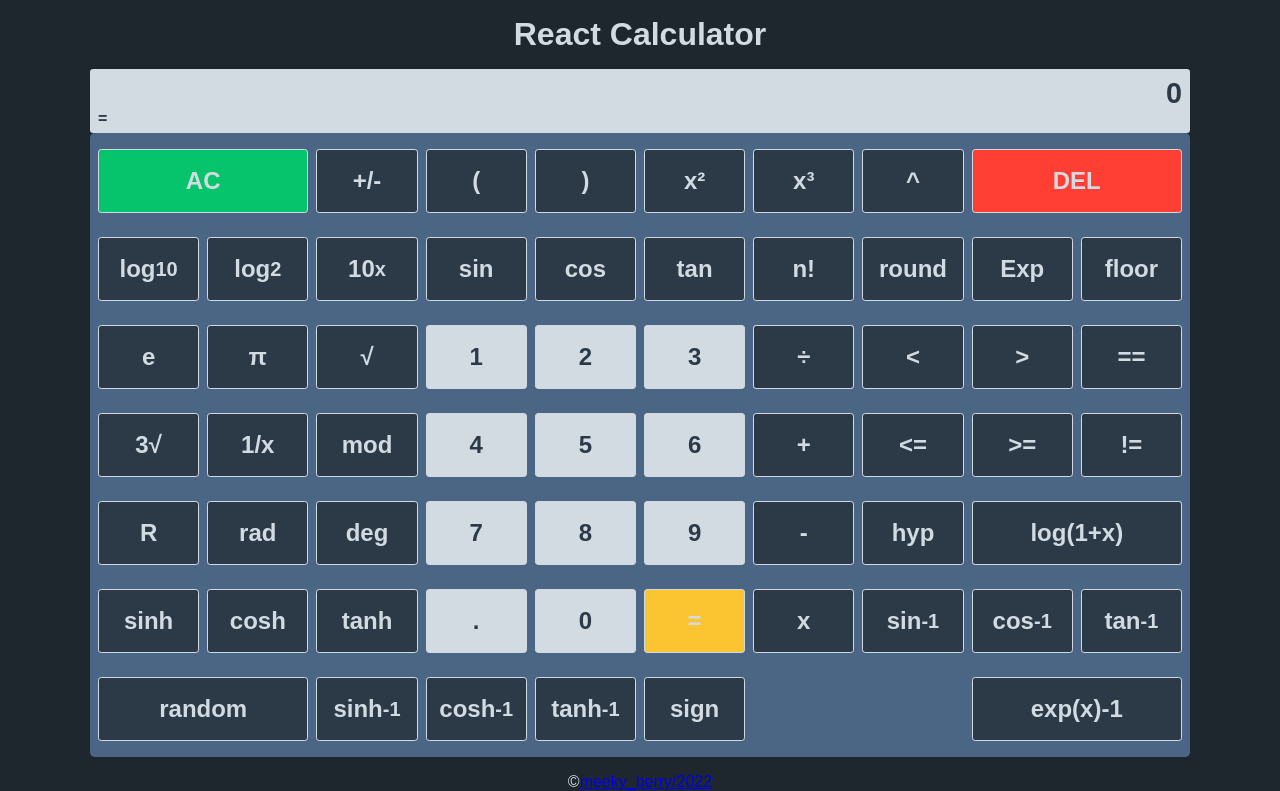
Repository: MikkyPrestige/calculator
Page: /
An editor plug-in stored every save of this project. The page is shown before and after the next save, followed by the edit.
The browser window is 1280 px wide. The pictures show the whole page.
The pointer rests on the first visible `.dot`.
The project was rebuilt for these pictures with package versions that can differ from the ones it lists, and the page was loaded fresh each time.

Above is the page before, as saved 2022-11-17 23:10:05.

After the next save:
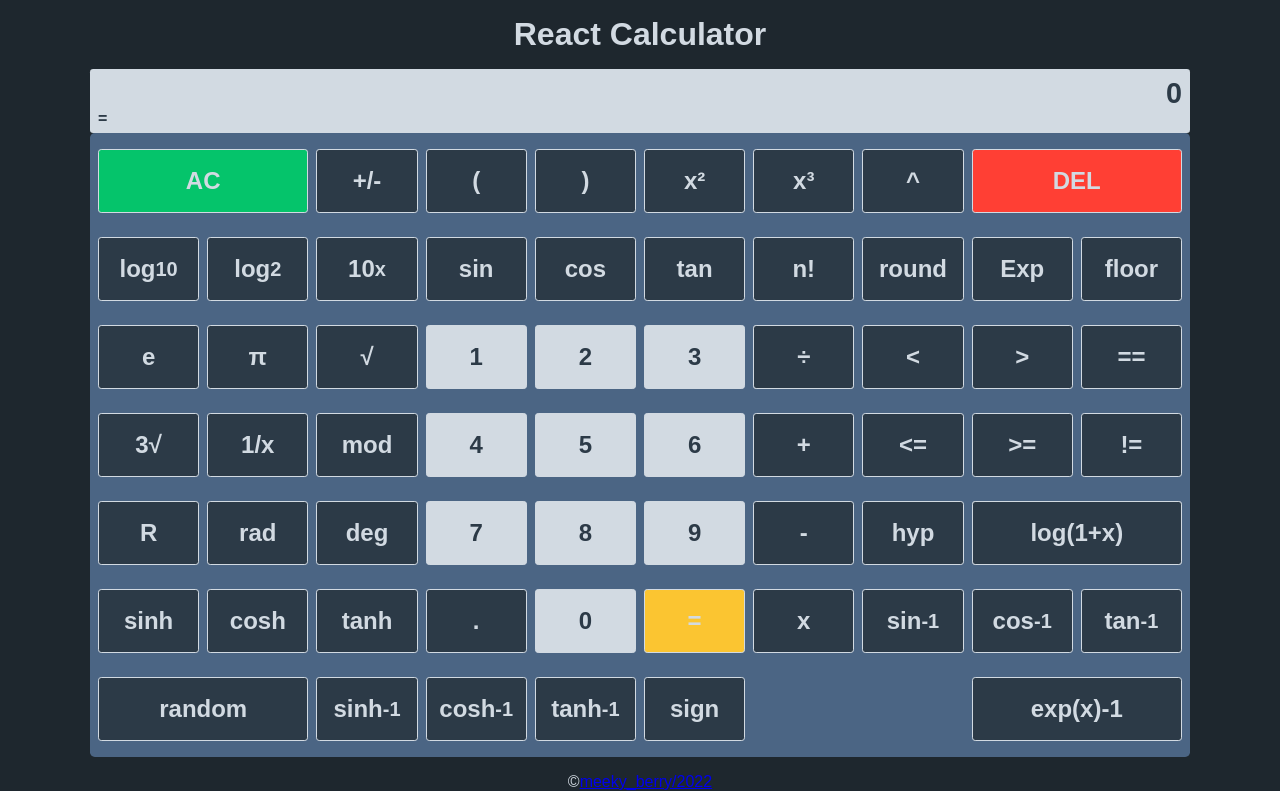
Saved 33 s later.
--- a/src/index.css
+++ b/src/index.css
@@ -276,6 +276,16 @@ body {
   color: #2C3A47;
 }
 
+.dot:hover {
+  background-color: #2C3A47;
+  color: #d2dae2;
+}
+
+.dot:active {
+  background-color: #d2dae2;
+  color: #2C3A47;
+}
+
 .attribution {
   color: #d2dae2;
   text-align: center;
